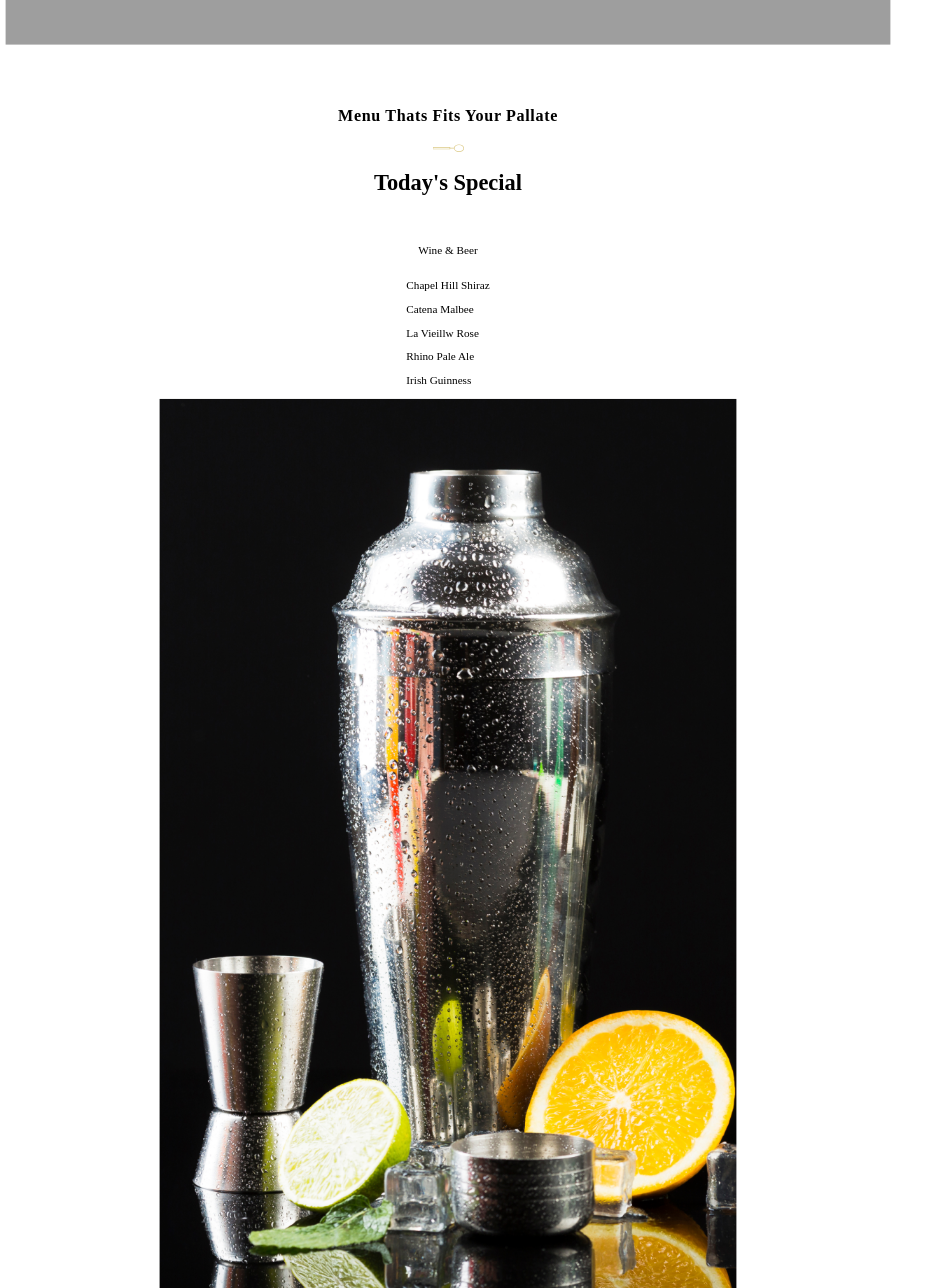
Repository: remydev47/restaurant
Page: /
The author's editor kept a copy of each file at every save. The page is drawn from the files as they stood at one save, then again after the next save.
The browser window is 1280 px wide. The page is 1336 px wide, so the pictures cover 1336 px, including what lies to the right of the window. The pictures show the part of the page from y = 2324 to 4164 px (the page is 4633 px tall before and 4723 px after), at 70% of full size.
Pictures or frames that could not be fetched are drawn as grey boxes. Backgrounds fixed to the window are drawn as part of the page. The project was rebuilt for these pictures with package versions that can differ from the ones it lists, and the page was loaded fresh each time. Also part of the build but not shown: src/container/Chef/Chef.css, src/components/Footer/Newsletter.jsx, src/components/Footer/FooterOverlay.jsx, src/components/Menuitem/MenuItem.css, src/components/Menuitem/MenuItem.jsx. Imported but missing from the stored project, and not drawn on this page: src/assets/meal.mp4.

Above is the page before, as saved 2022-03-15 15:37:51.

### public/index.html
<!DOCTYPE html>
<html lang="en">
  <head>
    <meta charset="utf-8" />
    <link rel="icon" href="%PUBLIC_URL%/favicon.ico" />
    <meta name="viewport" content="width=device-width, initial-scale=1" />
    <meta name="theme-color" content="#000000" />
    <meta name="description"content="Web site created using create-react-app"/>
    <link rel="apple-touch-icon" href="%PUBLIC_URL%/logo192.png" />
    <link rel="manifest" href="%PUBLIC_URL%/manifest.json" />
    <title>Gerich Resturant</title>
  </head>
  <body>
    <noscript>You need to enable JavaScript to run this app.</noscript>
    <div id="root"></div>
</html>

### src/App.js
import React from 'react';

import { AboutUs, Chef, FindUs, Footer, Gallery, Header, Intro, Laurels, SpecialMenu } from './container';
import { Navbar } from './components';
import './App.css';

const App = () => (
  <div>
    <Navbar />
    <Header />
    <AboutUs />
    <SpecialMenu />
    <Chef />
    <Intro />
    <Laurels />
    <Gallery />
    <FindUs />
    <Footer />
  </div>
);

export default App;

### src/container/AboutUs/AboutUs.jsx
import React from 'react';

import './AboutUs.css';
import { images } from '../../constants';

const AboutUs = () => (
  <div className="app__aboutus app__bg flex__center section__padding" id="aboutus">
    <div className='app__aboutus-overlay flex__center'>
      <img src={images.G} alt="g letter" />
    </div>
    <div className='app__aboutus-content flex__center'>
      <div className='app__aboutus-content_about'>
        <h1 className='headtext__cormorant'>About Us</h1>
        <img src={images.spoon} alt="about_spoon" className="spoon__img" />
        <p className="p__opensans">
          Eager to serve you, our experienced wait staff greet you at the door and lead you to the table of your choice in the well thought out seating arrangement. The rich aroma of freshly ground coffee is the handiwork of our skilled baristas, adept in latte art.
        </p>
        <button type="button" className="custom__button">Know More</button>
      </div>
      <div className="app__aboutus-content_knife flex__center">
        <img src={images.knife} alt="about_knife" />
      </div>
      <div className='app__aboutus-content_history'>
        <h1 className='headtext__cormorant'>Our History</h1>
        <img src={images.spoon} alt="about_spoon" className="spoon__img" />
        <p className="p__opensans">
        Welcome to Giretch, a fully fledged restaurant specializing in delivering a relaxed and memorable dining experience. We’re currently in 12 locations; 4 in Nairobi, 8 in Kampala and 1 in Entebbe
        </p>
        <button type="button" className="custom__button">Know More</button>
      </div>
    </div>
  </div>
);

export default AboutUs;

### src/container/Header/Header.jsx
import React from 'react';
import { SubHeading } from '../../components';

import { images } from "../../constants"
import './Header.css';

const Header = () => (
  <div className="app__header app__wrapper section__padding" id="home">
    <div className="app__wrapper_info">
      <SubHeading title="Chase The New Flavour" />
      <h1 className="app__header-h1">The Key To Fine Dining</h1>
      <p className="p__opensans" style={{margin: '2rem 0'}}>
          Geritch is a perfect haven for both business and leisure travellers. It all begins with our friendly staff, who will do everything they can to make your meal fulfiling and enjoyable. The team at Geritch kitchen looks forward to welcoming you in one of our luxury restaurant where you will experience comfort and convenience in this beautiful city of Nairobi.
      </p>
      <button type="button" className="custom__button">Explore Menu</button>
    </div>
    <div className="app__wrapper_img">
      <img src={images.welcome} alt="header img" />
    </div>
  </div>
);

export default Header;

### src/container/Menu/SpecialMenu.jsx
import React from 'react';

import { SubHeading, MenuItem } from '../../components';
import { images, data } from '../../constants';
import './SpecialMenu.css';

const SpecialMenu = () => (
  <div className="app__specialMenu flex__center section__padding">
    <div className='app__specialMenu-title'>
      <SubHeading title="Menu Thats Fits Your Pallate" />
      <h1 className="headtext__comorant">Today's Special</h1>
    </div>

    <div className='app__specialMenu-menu'>
      <div className='app__specialMenu-menu_wine flex__center'>
        <p className='app__specialMenu_menu_heading'>Wine & Beer</p>
      </div>
      <div className='app__specialMenu_menu_items'>
        {data.wines.map((wine, index) => (
          <p>{wine.title}</p>
        ))}
      </div>
    </div>

    <div className="app__specialMenu-menu_img">
      <img src={images.menu} alt="menu img"  />
    </div>

    <div className='app__specialMenu-menu'>
      <div className='app__specialMenu-menu_cocktails flex__center'>
        <p className='app__specialMenu_menu_heading'>Wine & Beer</p>
      </div>
      <div className='app__specialMenu_menu_items'>
        {data.cocktails.map((cocktail, index) => (
          <p>{cocktail.title}</p>
        ))}
      </div>
    </div>
  </div>
);

export default SpecialMenu;

### src/components/SubHeading/SubHeading.jsx
import React from 'react';
import { images } from '../../constants';


const SubHeading = ({ title }) => (
  <div style={{ marginBottom: "1rem"}}>
    <p className='p__cormorant'>{title}</p>
    <img src={images.spoon} alt="spoon" className="spoon__img" />
  </div>
);

export default SubHeading;

### src/components/Navbar/Navbar.jsx
import React, {useState} from 'react';
import { GiHamburgerMenu } from 'react-icons/gi';
import { MdOutlineRestaurantMenu } from 'react-icons/md';

import images from '../../constants/images';
import './Navbar.css';

const Navbar = () => {
  const [toggleMenu, setToggleMenu] = useState(false)
  return(
  <nav className="app__navbar">
    <div className="app__navbar-logo">
     <img src={images.gericht} alt="app logo"/>
    </div>
    <ul className="app__navbar-links">
      <li className="p__opensans"><a href="#home">Home</a></li>
      <li className="p__opensans"><a href="#about">About</a></li>
      <li className="p__opensans"><a href="#menu">Menu</a></li>
      <li className="p__opensans"><a href="#awards">Awards</a></li>
      <li className="p__opensans"><a href="#contact">Contact</a></li>
    </ul>
    <div className="app__navbar-login">
      <a href="#login" className="p__opensans">Log in/ Register</a>
    <div/>
      <a href="/" className="p__opensans">Book Table</a>
    </div>
    <div className="app__navbar-smallscreen">
      <GiHamburgerMenu color="#fff" fontsize={27} onClick={() => setToggleMenu(true)} />

      {toggleMenu && (


      <div className="app__navbar-smallscreen_overlay flex__center slide-bottom">
        <MdOutlineRestaurantMenu fontSize={27} className="overlay__close" onClick={() => setToggleMenu(false)} />
        <ul className="app__navbar-smallscreen_links">
          <li className="p__opensans"><a href="#home">Home</a></li>
          <li className="p__opensans"><a href="#about">About</a></li>
          <li className="p__opensans"><a href="#menu">Menu</a></li>
          <li className="p__opensans"><a href="#awards">Awards</a></li>
          <li className="p__opensans"><a href="#contact">Contact</a></li>
       </ul>
      </div>
       )}
    </div>
  </nav>
  );
};

export default Navbar;

### src/container/AboutUs/AboutUs.css
.app__aboutus {
    position: relative;
}

.app__aboutus-overlay {
    position: absolute;
    inset: 0;
}

.app__aboutus-overlay img {
    width: 391px;
    height: 415px;
    z-index: 0;
}

.app__aboutus-content {
    width: 100%;
    z-index: 2;
}

.app__aboutus-content_about {
    flex: 1;
    display: flex;
    justify-content: flex-end;
    align-items: flex-end;
    flex-direction: column;

    text-align: right;
}

.app__aboutus-content_knife {
    margin: 2rem 4rem;
}

.app__aboutus-content_knife img{
    height: 910px;
}

.app__aboutus-content_history {
    flex: 1;
    display: flex;
    justify-content: flex-start;
    align-items: flex-start;
    flex-direction: column;

    text-align: left;
}

.app__aboutus-content_history p,
.app__aboutus-content_about p {
    margin: 2rem 0;
    color: var(--color-grey);
}

@media screen and (max-width: 2000px) {
    .app__aboutus-content_knife img{
        height: 1110px;
    }
}

.app__aboutus-content_history p,
.app__aboutus-content_about p {
    margin: 4rem 0;
    color: var(--color-grey);
}

@media screen and (max-width: 900px) {
    .app__aboutus-content {
        flex-direction: column;
    }

    .app__aboutus-content_knife {
        margin: 4rem 0;
    }
}

@media screen and (max-width: 650px) {
    .app__aboutus-overlay img {
        width: 80%;
        height: 320px;
    }
}

### src/container/Header/Header.css
.app__header {
    background-color: var(--color-black);
}

.app__header-h1 {
    font-family: var(--font-base);
    color: var(--color-golden);
    letter-spacing: 0.04rem;
    text-transform: uppercase;
    line-height: 117px;
    font-size: 90px;
}

.app__header-img {
    width: 100%;
}

### src/container/Menu/SpecialMenu.css
.app__specialMenu {
    flex-direction: column;
    background-color: var(--color-black);
}

.app__specialMenu-title {
    margin-bottom: 2rem;
    text-align: center;
}

### src/constants/images.js
import bg from '../assets/bg.png';
import chef from '../assets/chef.png';
import G from '../assets/G.png';
import gallery01 from '../assets/gallery01.png';
import gallery02 from '../assets/gallery02.png';
import gallery03 from '../assets/gallery03.png';
import gallery04 from '../assets/gallery04.png';
import knife from '../assets/knife.png';
import logo from '../assets/logo.png';
import menu from '../assets/menu.png';
import overlaybg from '../assets/overlaybg.png';
import spoon from '../assets/spoon.svg';
import welcome from '../assets/welcome.png';
import findus from '../assets/findus.png';
import laurels from '../assets/laurels.png';
import award01 from '../assets/award01.png';
import award02 from '../assets/award02.png';
import award03 from '../assets/award03.png';
import award05 from '../assets/award05.png';
import sign from '../assets/sign.png';
import quote from '../assets/quote.png';
import gericht from '../assets/gericht.png';

export default {
  bg,
  chef,
  G,
  gallery01,
  gallery02,
  gallery03,
  gallery04,
  knife,
  logo,
  menu,
  overlaybg,
  spoon,
  welcome,
  findus,
  laurels,
  award01,
  award02,
  award03,
  award05,
  sign,
  quote,
  gericht,
};

### src/components/Navbar/Navbar.css
.app__navbar {
   width: 100%;
   display: flex;
   justify-content: space-between;
   align-items: center;
   background: var(--color-black);
   padding: 1rem 2rem;
}

.app__navbar-logo{
    display: flex;
    justify-content: flex-start;
    align-items: center;
}

.app__navbar-logo img{
    width: 150px;
}

.app__navbar-links {
    flex: 1;
    display: flex;
    justify-content: center;
    align-items: center;

    list-style: none;
}

.app__navbar-links li{
    margin: 0 1rem;
    cursor: pointer;
}

.app__navbar-links li:hover {
   color: var(--color-grey);
}

.app__navbar-login {
    display: flex;
    justify-content: flex-end;
    align-items: center;
}
.app__navbar-login a {
    margin: o 1rem;
    text-decoration: none;
    transition: 0.5s  ease;
}

.app__navbar-login a:hover{
    border-bottom: 1px solid var(--color-golden);
}

.app__navbar-login div{
    width: 1px;
    height: 30px;
    background-color: var(--color-grey);
}

.app__navbar-smallscreen{
    display: none;
}

.app__navbar-smallscreen_overlay {
    position: fixed;
    top: 0;
    left: 0;
    width: 100%;
    height: 100vh;
    background-color: var(--color-black);
    transition: 0.5s ease;

    flex-direction: column;
    z-index: 5;
}

.app__navbar-smallscreen_overlay .overlay__close{
    font-size: 27px;
    color: var(--color-golden);
    cursor: pointer;

    position: absolute;
    top: 20px;
    right: 20px;
}

.app__navbar-smallscreen_links{
    list-style: none;
}

.app__navbar-smallscreen_links li {
   margin: 2rem;
   cursor: pointer;
   color: var(--color-golden);
   font-size: 2rem;
   text-align: center;
   font-family: var(--font-base);
}

.app__navbar-smallscreen_links li:hover {
    color: var(--color-white);
}

@media screen and (max-width: 2000px) {
    .app__navbar-logo img{
        width: 210px;
    }
}

@media screen and (max-width: 1150px) {
    .app__navbar-links {
        display: none;
    }

    .app__navbar-smallscreen {
        display: flex;
    }
}

@media screen and (max-width: 650px) {
    .app__navbar {
        padding: 1rem;
    }
    .app__navbar-login {
        display: none;
    }

    .app__navbar-logo img{
        width: 110px;
    }
}

### src/constants/data.js
import images from './images';

const wines = [
  {
    title: 'Chapel Hill Shiraz',
    price: '$56',
    tags: 'AU | Bottle',
  },
  {
    title: 'Catena Malbee',
    price: '$59',
    tags: 'AU | Bottle',
  },
  {
    title: 'La Vieillw Rose',
    price: '$44',
    tags: 'FR | 750 ml',
  },
  {
    title: 'Rhino Pale Ale',
    price: '$31',
    tags: 'CA | 750 ml',
  },
  {
    title: 'Irish Guinness',
    price: '$26',
    tags: 'IE | 750 ml',
  },
];

const cocktails = [
  {
    title: 'Aperol Sprtiz',
    price: '$20',
    tags: 'Aperol | Villa Marchesi prosecco | soda | 30 ml',
  },
  {
    title: "Dark 'N' Stormy",
    price: '$16',
    tags: 'Dark rum | Ginger beer | Slice of lime',
  },
  {
    title: 'Daiquiri',
    price: '$10',
    tags: 'Rum | Citrus juice | Sugar',
  },
  {
    title: 'Old Fashioned',
    price: '$31',
    tags: 'Bourbon | Brown sugar | Angostura Bitters',
  },
  {
    title: 'Negroni',
    price: '$26',
    tags: 'Gin | Sweet Vermouth | Campari | Orange garnish',
  },
];

const awards = [
  {
    imgUrl: images.award02,
    title: 'Bib Gourmond',
    subtitle: 'Lorem ipsum dolor sit amet, consectetur.',
  },
  {
    imgUrl: images.award01,
    title: 'Rising Star',
    subtitle: 'Lorem ipsum dolor sit amet, consectetur.',
  },
  {
    imgUrl: images.award05,
    title: 'AA Hospitality',
    subtitle: 'Lorem ipsum dolor sit amet, consectetur.',
  },
  {
    imgUrl: images.award03,
    title: 'Outstanding Chef',
    subtitle: 'Lorem ipsum dolor sit amet, consectetur.',
  },
];

export default { wines, cocktails, awards };

Loaded but not shown: src/index.js (common file); src/container/index.js (common file); src/components/index.js (common file); src/App.css (common file); src/container/Chef/Chef.jsx (common file); src/container/Findus/FindUs.jsx (common file); src/container/Footer/Footer.jsx (common file); src/container/Gallery/Gallery.jsx (common file); src/container/Intro/Intro.jsx (common file); src/container/Laurels/Laurels.jsx (common file); src/constants/index.js (common file); src/components/Footer/FooterOverlay.css (no stored copy; drawn as an empty file); src/components/Footer/Newsletter.css (no stored copy; drawn as an empty file); src/container/Footer/Footer.css (no stored copy; drawn as an empty file); src/container/Gallery/Gallery.css (no stored copy; drawn as an empty file); src/container/Intro/Intro.css (no stored copy; drawn as an empty file); src/container/Laurels/Laurels.css (no stored copy; drawn as an empty file)

After the next save:
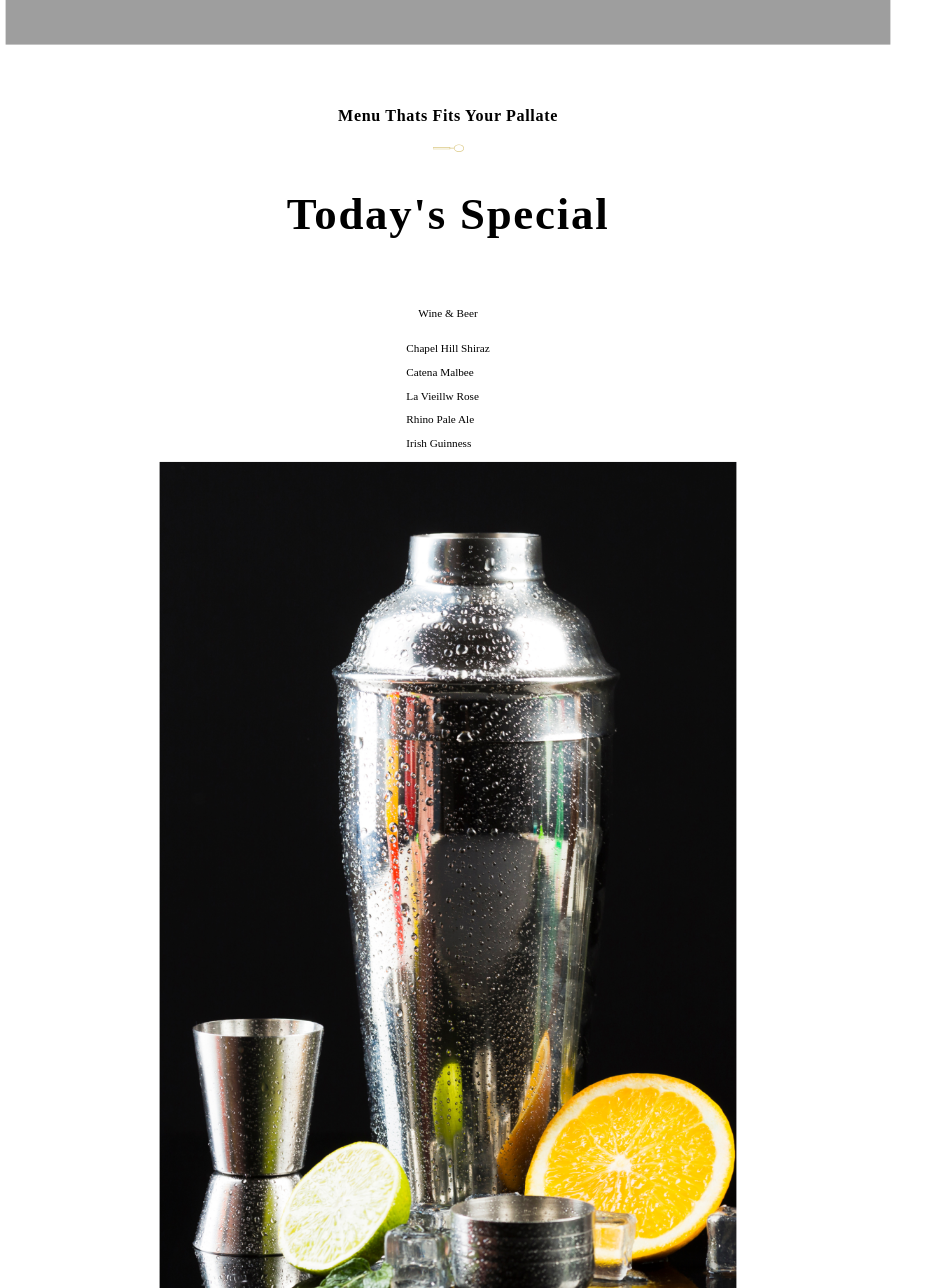
Saved 50 s later.
--- a/src/container/Menu/SpecialMenu.jsx
+++ b/src/container/Menu/SpecialMenu.jsx
@@ -8,7 +8,7 @@ const SpecialMenu = () => (
   <div className="app__specialMenu flex__center section__padding">
     <div className='app__specialMenu-title'>
       <SubHeading title="Menu Thats Fits Your Pallate" />
-      <h1 className="headtext__comorant">Today's Special</h1>
+      <h1 className="headtext__cormorant">Today's Special</h1>
     </div>
 
     <div className='app__specialMenu-menu'>
